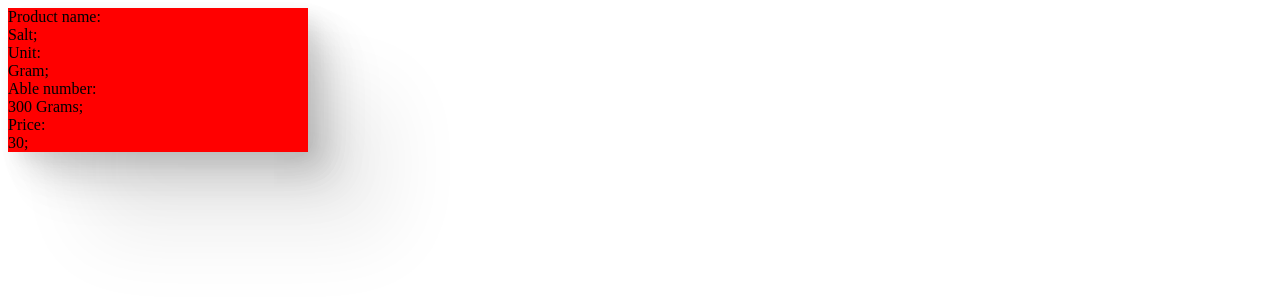
Repository: OlexandraKovach2/Vue
Page: / (app in vuexam/brila-exam/)
The author's editor kept a copy of each file at every save. The page is drawn from the files as they stood at one save, then again after the next save.
The browser window is 1280 px wide. The pictures show the whole page.
The project was rebuilt for these pictures with package versions that can differ from the ones it lists, and the page was loaded fresh each time. Also part of the build but not shown: vuexam/brila-exam/vue.config.js.

Above is the page before, as saved 2022-11-08 21:44:34.

After the next save:
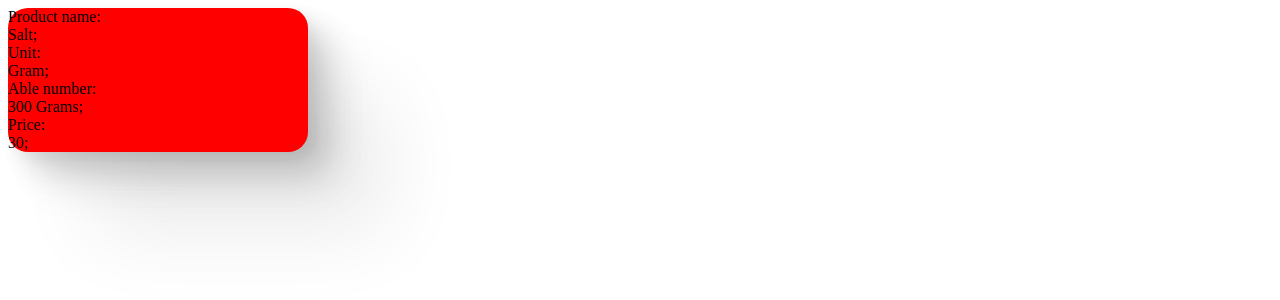
Saved 37 s later.
--- a/vuexam/brila-exam/src/components/ObjectTable/ObjectBase.vue
+++ b/vuexam/brila-exam/src/components/ObjectTable/ObjectBase.vue
@@ -55,14 +55,14 @@
 .ObjectCard{
     background-color: red;
     width: 300px;
+    border-radius: 20px;
     box-shadow:
   6.6px 6.7px 13.7px rgba(0, 0, 0, 0.04),
   12.9px 13.2px 25.3px rgba(0, 0, 0, 0.053),
   19.2px 19.6px 34.3px rgba(0, 0, 0, 0.057),
   25.9px 26.5px 40.9px rgba(0, 0, 0, 0.057),
   35.7px 36.6px 47.2px rgba(0, 0, 0, 0.057),
-  82px 84px 80px rgba(0, 0, 0, 0.07)
-;
+  82px 84px 80px rgba(0, 0, 0, 0.07);
 
 }
 </style>
